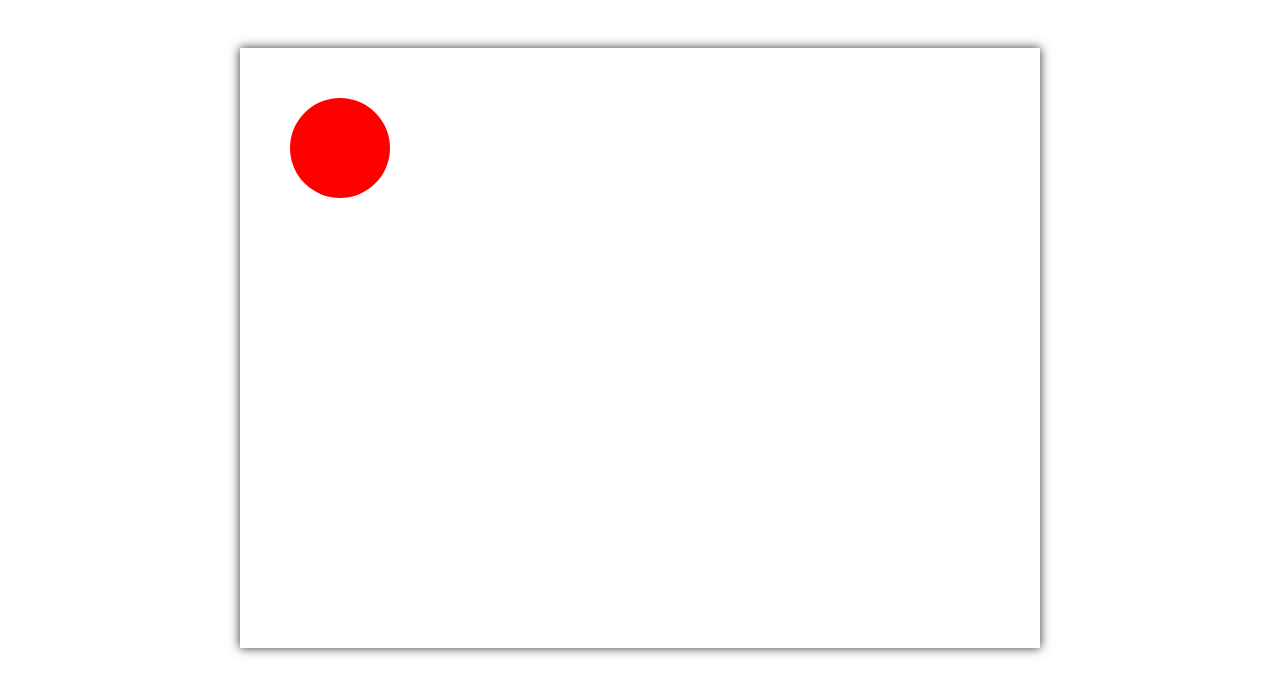
Repository: fangYiYuan/javascript-
Page: canvas/10.圆形碰撞.html
These files come from the project's save history. The page is drawn as it stood at one moment and after the next save; the edit follows.
The browser window is 1280 px wide. The pictures show the whole page.

Above is the page before, as saved 2020-04-15 10:51:01.

After the next save:
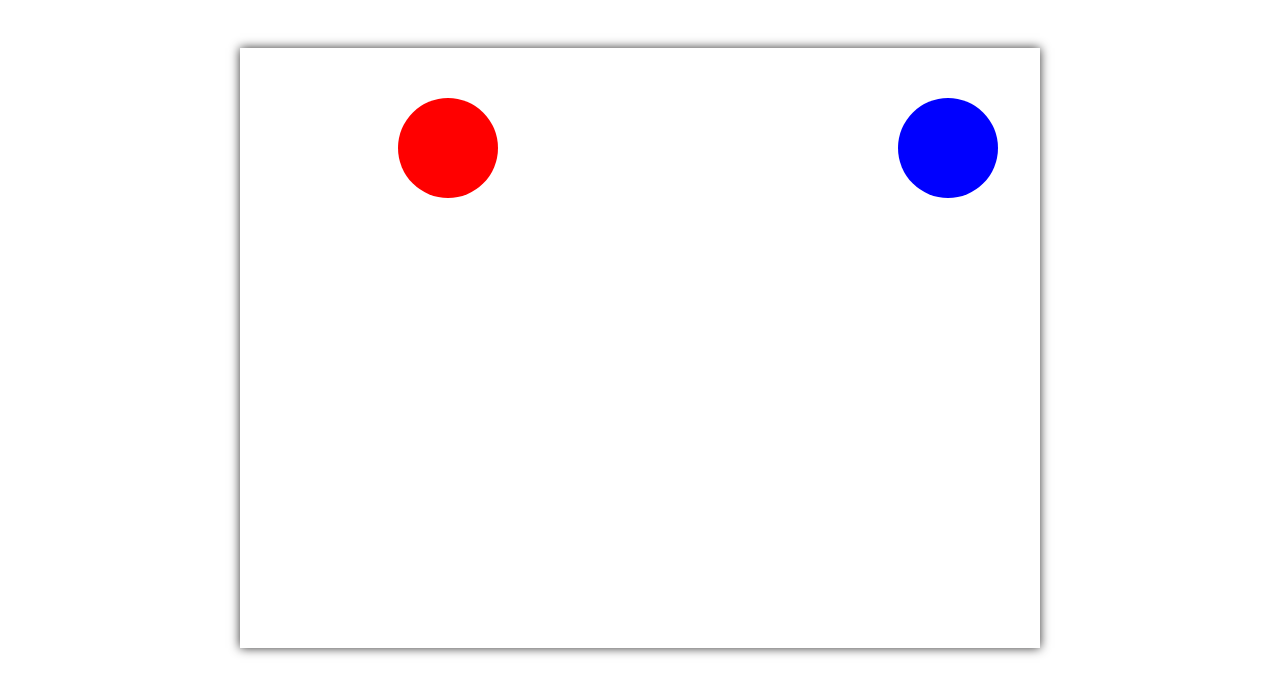
Saved 21 s later.
--- a/canvas/10.圆形碰撞.html
+++ b/canvas/10.圆形碰撞.html
@@ -43,12 +43,11 @@
     } else if (this.x < 0) {
       this.speed *= -1
     }
-    window.requestAnimationFrame(arguments.callee)
   }
   let balla = new Ball(100, 100, 50, 2, 'red')
   let ballb = new Ball(600, 100, 50, 2, 'blue')
-  balla.draw()
-  balla.move()
+  // balla.draw()
+  // balla.move()
   function moveTo () {
     con.clearRect(0, 0, draw.width, draw.height)
     balla.draw()
@@ -68,7 +67,7 @@
       return false
     }
   }
-  // moveTo ()
+  moveTo ()
 
 </script>
 </html>
